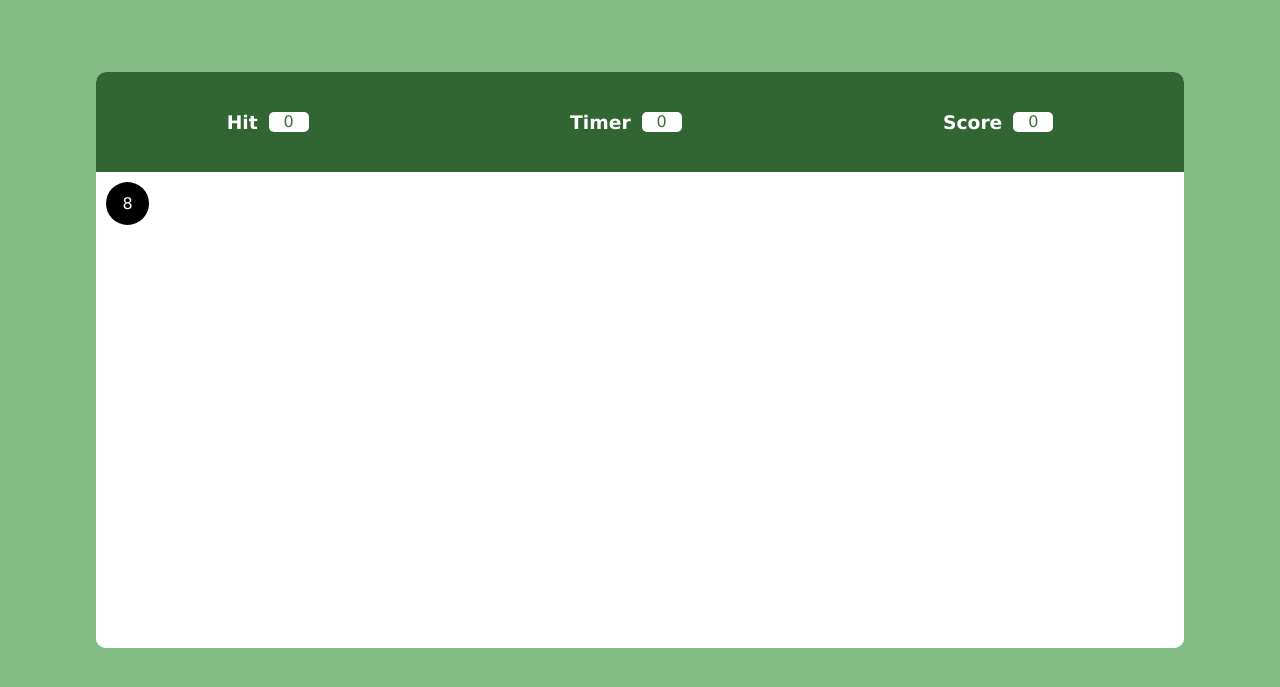
Repository: ketansharma22/BubbleGame
Page: index.html
These files come from the project's save history. The page is drawn as it stood at one moment and after the next save; the edit follows.
The browser window is 1280 px wide. The pictures show the whole page.

Above is the page before, as saved 2024-02-18 23:18:43.

### index.html
<!DOCTYPE html>
<html lang="en">
<head>
    <meta charset="UTF-8">
    <meta name="viewport" content="width=device-width, initial-scale=1.0">
    <title>BubbleGame</title>
    <link rel="stylesheet" href="styles.css">
</head>
<body>
    <div class="main">
        <div class="show">
            <div class="upper">
                <div class="hit" id="sameee">
                    <h3>Hit</h3>
                    <div class="box">0</div>
                </div>
                <div class="timer" id="sameee">
                    <h3>Timer</h3>
                    <div class="box">0</div>
                </div>
                <div class="score" id="sameee">
                    <h3>Score</h3>
                    <div class="box">0  </div>
                </div>
            </div>

            <div class="lower">
                <div class="bubble">8</div>
            </div>
        </div>
    </div>
</body>
</html>

### styles.css
*{
    margin: 0;
    padding: 0;
    box-sizing: border-box;
    font-family:Verdana, Geneva, Tahoma, sans-serif
}
html,body{
    width: 100%;
    height: 100%;
}
.main{
    display: flex;
    justify-content: center;
    align-items: center;
    width: 100%;
    height: 100%;
    background-color: rgb(132, 189, 132);
}
.show{
    width: 85%;
    height: 80%;
    background-color: #fff;
    border-radius: 10px;
    overflow: hidden;
}
.upper{
    width: 100%;
    height: 100px;
    background-color:rgb(49, 102, 51);
    color: white;
    display: flex;
    align-items: center;
    justify-content: space-around;
}
.box{
    width: 40px;
    background-color: white;
    color:rgb(60, 112, 60);
    display: flex;
    justify-content: center;
    align-items: center;
    height: 20px;
    border-radius: 5px;
}
#sameee{
    display: flex;
    gap: 11px;
}


.lower{
    width: 100%;
    height: calc(100% - 100px);
    background-color: white;
    display: flex;
    flex-wrap: wrap;
    gap: 10px;
    padding: 10px;
}
.bubble{
    width: 43px;
    background-color: black;
    color: white;
    height: 43px;
    border-radius: 50%;
    display: flex;
    justify-content: center;
    align-items: center;

}

After the next save:
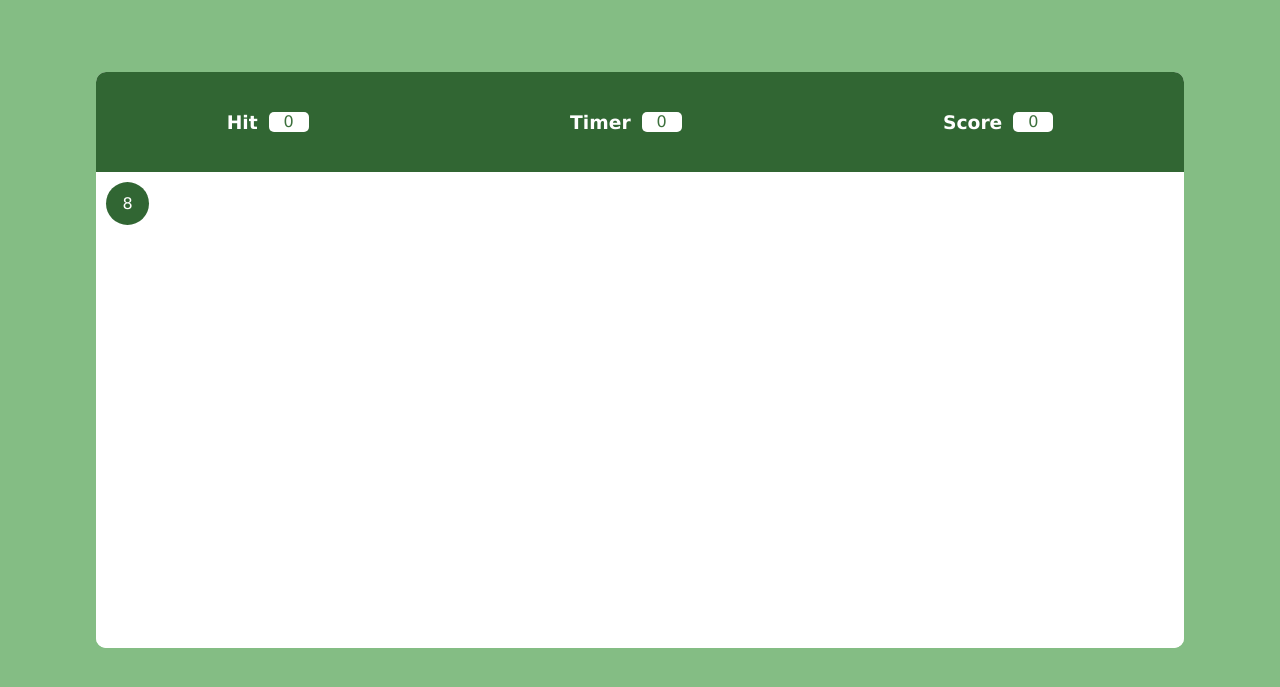
Saved 18 s later.
--- a/styles.css
+++ b/styles.css
@@ -59,7 +59,7 @@ html,body{
 }
 .bubble{
     width: 43px;
-    background-color: black;
+    background-color:rgb(49, 102, 51);
     color: white;
     height: 43px;
     border-radius: 50%;
